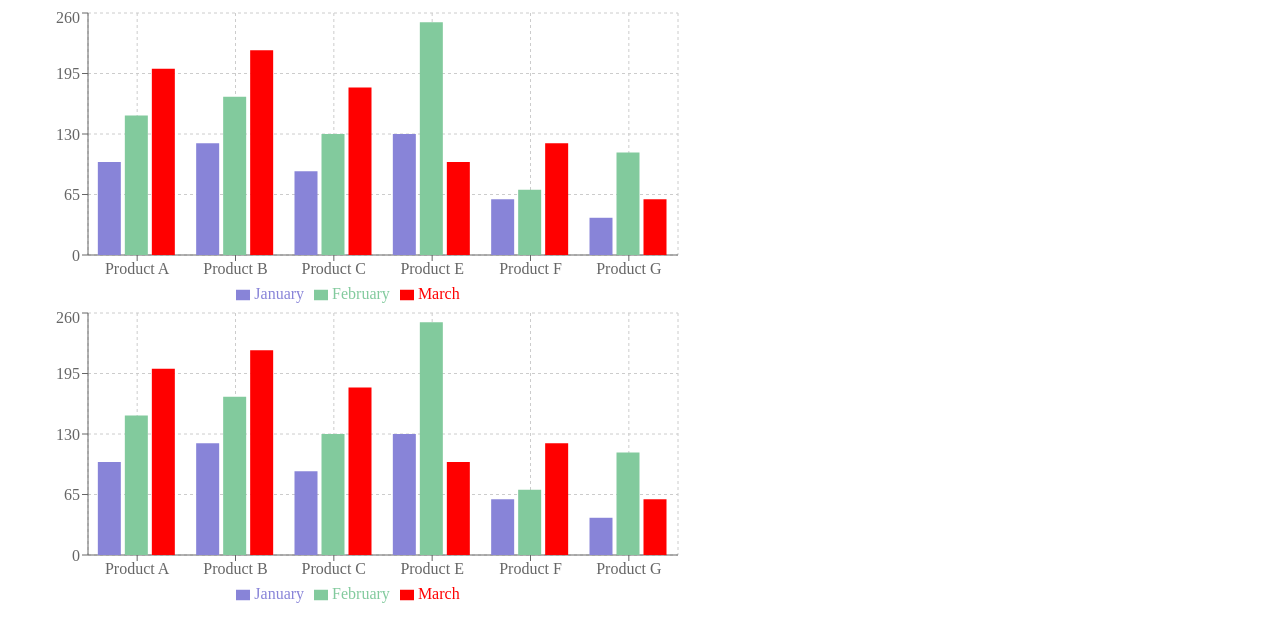
Repository: sagarjain738/test
Page: /
The author's editor kept a copy of each file at every save. The page is drawn from the files as they stood at one save, then again after a run of saves.
The browser window is 1280 px wide. The pictures show the whole page.
The project was rebuilt for these pictures with package versions that can differ from the ones it lists, and the page was loaded fresh each time. Also part of the build but not shown: vite.config.js, src/App.css, src/index.css.

Above is the page before, as saved 2024-01-20 18:57:59.

### src/App.jsx
import "./App.css";
import FirstChart from "./components/FirstChart";
import totalData, { getTodalData } from "../Data";
import SecondChart from "./components/SecondData";

function App() {
  const firstRecord = getTodalData(totalData);
  const secondRecord = getTodalData(totalData);

  return (
    <>
      <FirstChart records={firstRecord} />
      <SecondChart records={secondRecord} />
    </>
  );
}

export default App;

### src/components/FirstChart.jsx
import {
  Bar,
  BarChart,
  CartesianGrid,
  Legend,
  Rectangle,
  Tooltip,
  XAxis,
  YAxis,
} from "recharts";

const FirstChart = ({ records }) => {
  return (
    <BarChart
      width={700}
      height={300}
      data={records}
      margin={{
        top: 5,
        right: 30,
        left: 20,
        bottom: 5,
      }}
    >
      <CartesianGrid strokeDasharray="3 3" />
      <XAxis dataKey="name" />
      <YAxis />
      <Tooltip />
      <Legend />
      <Bar
        dataKey="January"
        fill="#8884d8"
        activeBar={<Rectangle fill="pink" stroke="blue" />}
      />
      <Bar
        dataKey="February"
        fill="#82ca9d"
        activeBar={<Rectangle fill="gold" stroke="purple" />}
      />
      <Bar
        dataKey="March"
        fill="red"
        activeBar={<Rectangle fill="gold" stroke="purple" />}
      />
    </BarChart>
  );
};

export default FirstChart;

### Data.js
let data = {
  salesData: [
    {
      product: "Product A",
      sales: [
        { month: "January", amount: 100 },
        { month: "February", amount: 150 },
        { month: "March", amount: 200 },
      ],
    },
    {
      product: "Product B",
      sales: [
        { month: "January", amount: 120 },
        { month: "February", amount: 170 },
        { month: "March", amount: 220 },
      ],
    },
    {
      product: "Product C",
      sales: [
        { month: "January", amount: 90 },
        { month: "February", amount: 130 },
        { month: "March", amount: 180 },
      ],
    },
    {
      product: "Product E",
      sales: [
        { month: "January", amount: 130 },
        { month: "February", amount: 250 },
        { month: "March", amount: 100 },
      ],
    },
    {
      product: "Product F",
      sales: [
        { month: "January", amount: 60 },
        { month: "February", amount: 70 },
        { month: "March", amount: 120 },
      ],
    },
    {
      product: "Product G",
      sales: [
        { month: "January", amount: 40 },
        { month: "February", amount: 110 },
        { month: "March", amount: 60 },
      ],
    },
  ],
};

export function getTodalData(records) {
  const result = records.salesData.map((item) => {
    return {
      name: item.product,
      data: item.sales.reduce(
        (acc, itm) => ({ ...acc, [`${itm.month}`]: itm.amount }),
        {}
      ),
    };
  });

  const finalData = result.map((item) => {
    return { name: item.name, ...item.data };
  });

  return finalData;
}

export default data;

### src/components/SecondData.jsx
import {
  Bar,
  BarChart,
  CartesianGrid,
  Legend,
  Rectangle,
  Tooltip,
  XAxis,
  YAxis,
} from "recharts";

const SecondChart = ({ records }) => {
  return (
    <BarChart
      width={700}
      height={300}
      data={records}
      margin={{
        top: 5,
        right: 30,
        left: 20,
        bottom: 5,
      }}
    >
      <CartesianGrid strokeDasharray="3 3" />
      <XAxis dataKey="name" />
      <YAxis />
      <Tooltip />
      <Legend />
      <Bar
        dataKey="January"
        fill="#8884d8"
        activeBar={<Rectangle fill="pink" stroke="blue" />}
      />
      <Bar
        dataKey="February"
        fill="#82ca9d"
        activeBar={<Rectangle fill="gold" stroke="purple" />}
      />
      <Bar
        dataKey="March"
        fill="red"
        activeBar={<Rectangle fill="gold" stroke="purple" />}
      />
    </BarChart>
  );
};

export default SecondChart;

Loaded but not shown: index.html (common file); src/main.jsx (common file)

After the next 2 saves:
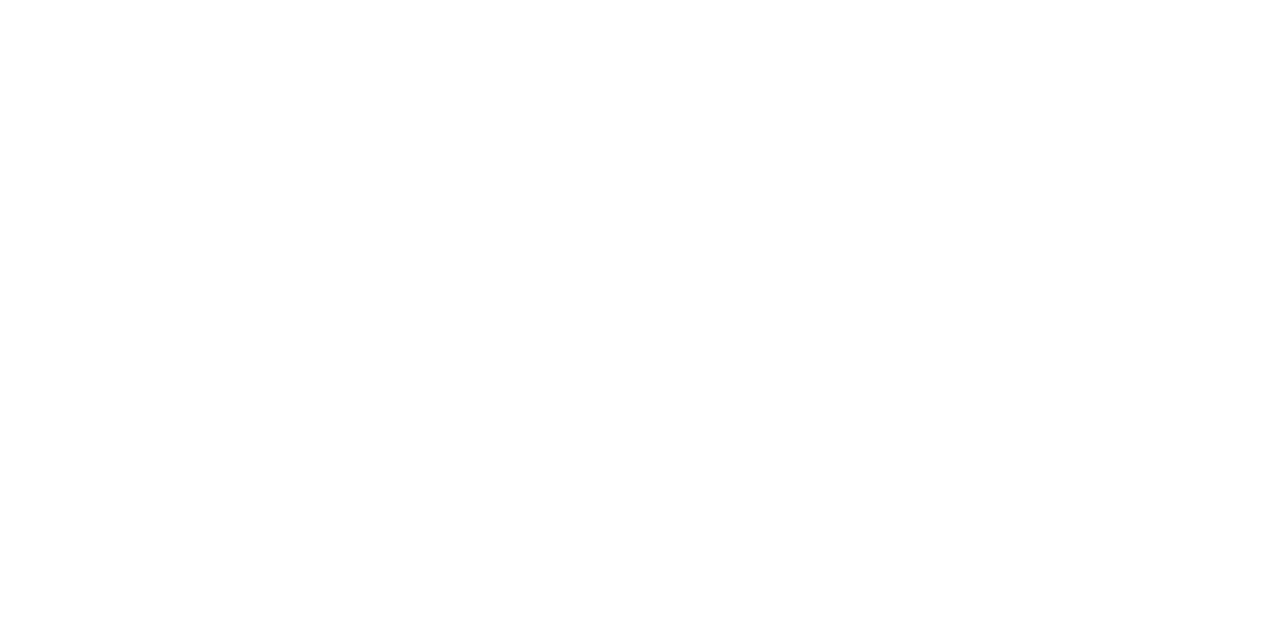
Console error: ReferenceError: ResponsiveContainer is not defined
The 2 saves are shown as one change because 1 did not build or start.
The last was saved 2 min 45 s later.
--- a/src/components/SecondData.jsx
+++ b/src/components/SecondData.jsx
@@ -11,38 +11,28 @@
 
 const SecondChart = ({ records }) => {
   return (
-    <BarChart
-      width={700}
-      height={300}
-      data={records}
-      margin={{
-        top: 5,
-        right: 30,
-        left: 20,
-        bottom: 5,
-      }}
-    >
-      <CartesianGrid strokeDasharray="3 3" />
-      <XAxis dataKey="name" />
-      <YAxis />
-      <Tooltip />
-      <Legend />
-      <Bar
-        dataKey="January"
-        fill="#8884d8"
-        activeBar={<Rectangle fill="pink" stroke="blue" />}
-      />
-      <Bar
-        dataKey="February"
-        fill="#82ca9d"
-        activeBar={<Rectangle fill="gold" stroke="purple" />}
-      />
-      <Bar
-        dataKey="March"
-        fill="red"
-        activeBar={<Rectangle fill="gold" stroke="purple" />}
-      />
-    </BarChart>
+    <ResponsiveContainer width="100%" height="100%">
+      <BarChart
+        width={500}
+        height={300}
+        data={records}
+        margin={{
+          top: 20,
+          right: 30,
+          left: 20,
+          bottom: 5,
+        }}
+      >
+        <CartesianGrid strokeDasharray="3 3" />
+        <XAxis dataKey="name" />
+        <YAxis />
+        <Tooltip />
+        <Legend />
+        <Bar dataKey="January" stackId="a" fill="#8884d8" />
+        <Bar dataKey="February" stackId="a" fill="#82ca9d" />
+        <Bar dataKey="March" stackId="a" fill="red" />
+      </BarChart>
+    </ResponsiveContainer>
   );
 };
 

After the save that followed:
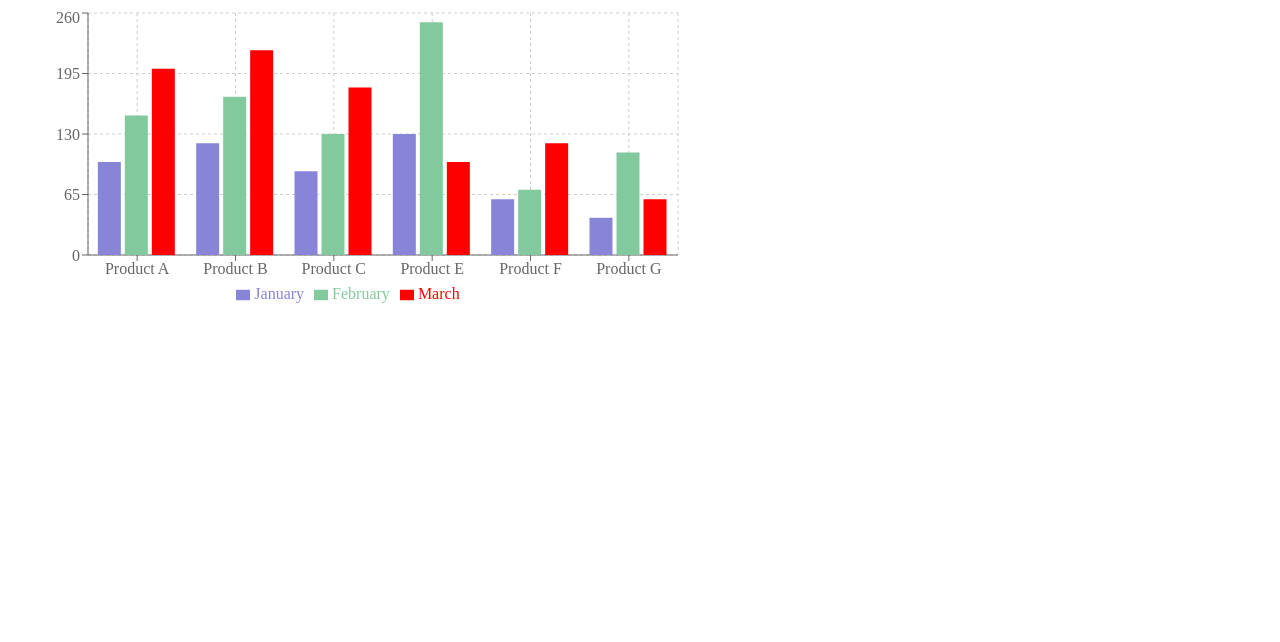
The error is gone.
Saved 25 s later.
--- a/src/components/SecondData.jsx
+++ b/src/components/SecondData.jsx
@@ -1,12 +1,13 @@
 import {
+  BarChart,
   Bar,
-  BarChart,
-  CartesianGrid,
-  Legend,
-  Rectangle,
-  Tooltip,
+  Cell,
   XAxis,
   YAxis,
+  CartesianGrid,
+  Tooltip,
+  Legend,
+  ResponsiveContainer,
 } from "recharts";
 
 const SecondChart = ({ records }) => {
